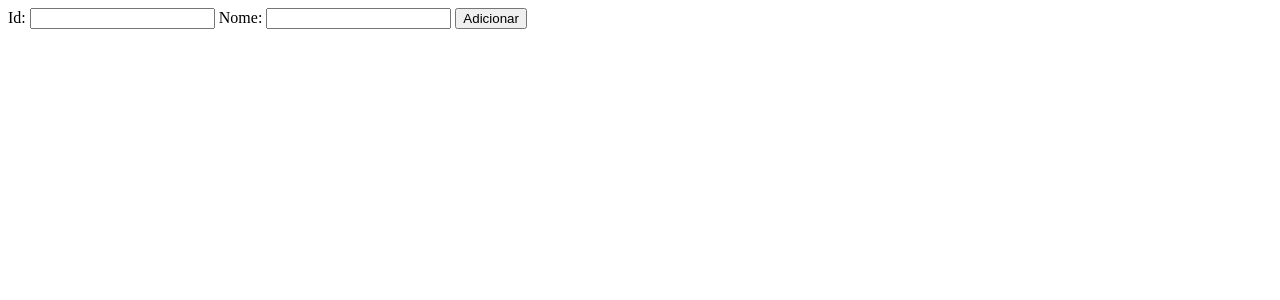
Repository: lmsmorais/ProjectEpiousion
Page: http://localhost/LibraryProject/adicionarLivro.jsp
These files come from the project's save history. The page is drawn as it stood at one moment and after the next save; the edit follows.
The browser window is 1280 px wide. The pictures show the whole page.
The page is served by Tomcat 9.

Above is the page before, as saved 2020-11-12 22:20:08.

After the next save:
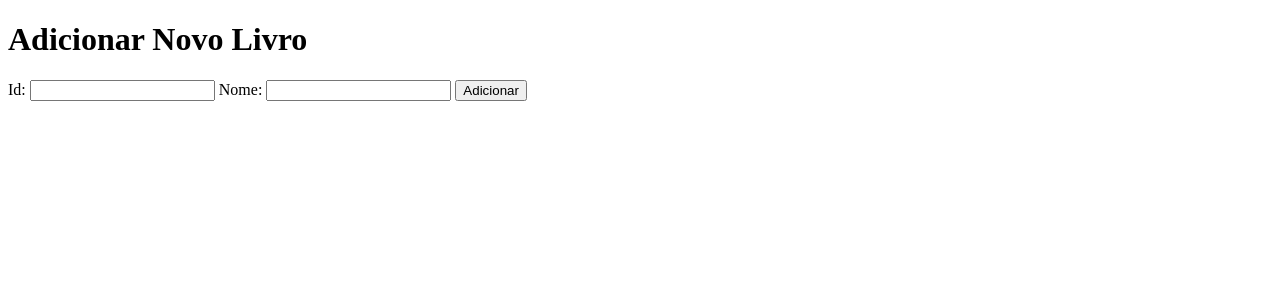
Saved 70 s later.
--- a/LibraryProject/WebContent/adicionarLivro.jsp
+++ b/LibraryProject/WebContent/adicionarLivro.jsp
@@ -6,6 +6,7 @@
 <title>Adicionar Livro</title>
 </head>
 <body>
+<h1>Adicionar Novo Livro</h1>
 	<form method="post" action="AdicionarLivroServlet">
 		Id: <input type="text" name="id"/>
 		Nome: <input type="text" name="nome"/>
